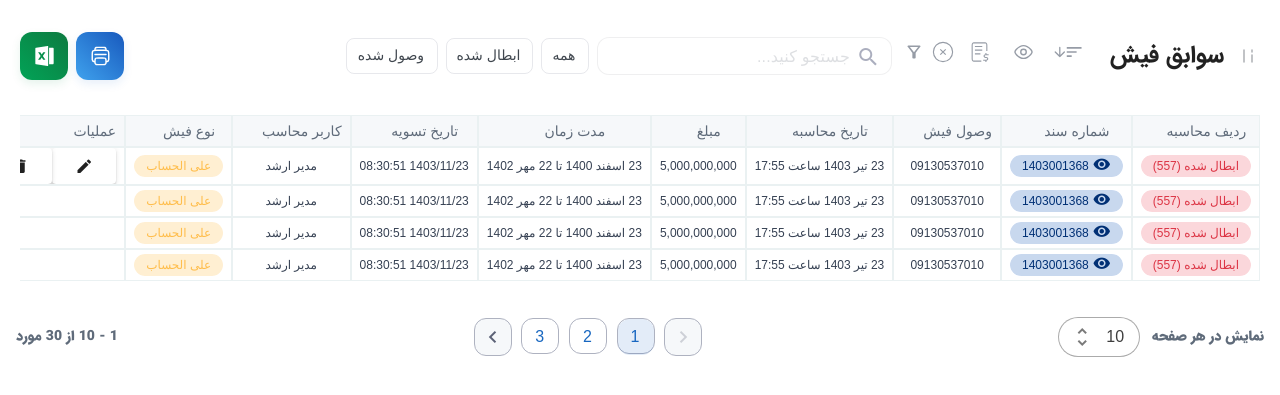
Repository: mobinazarein/data-table
Page: /
An editor plug-in stored every save of this project. The page is shown before and after the next save, followed by the edit.
The browser window is 1280 px wide. The pictures show the whole page.
Some web fonts or font styles are not loaded; a fallback is used. The project was rebuilt for these pictures with package versions that can differ from the ones it lists, and the page was loaded fresh each time. Also part of the build but not shown: vue.config.js.

Above is the page before, as saved 2025-03-26 11:36:46.

### public/index.html
<!DOCTYPE html>
<html lang="en" dir="rtl">
  <head>
    <meta charset="utf-8">
    <meta http-equiv="X-UA-Compatible" content="IE=edge">
    <meta name="viewport" content="width=device-width,initial-scale=1.0">
    <link rel="icon" href="<%= BASE_URL %>favicon.ico">
    <title><%= htmlWebpackPlugin.options.title %></title>
  </head>
  <body>
    <noscript>
      <strong>We're sorry but <%= htmlWebpackPlugin.options.title %> doesn't
        work properly without JavaScript enabled. Please enable it to
        continue.</strong>
    </noscript>
    <div id="app"></div>
    <!-- built files will be auto injected -->
  </body>
</html>

### src/assets/base.scss
// @import "./styles/fonts";

*,
*::before,
*::after {
  box-sizing: border-box;
  margin: 0;
  font-weight: normal;
  font-family: "IRANSans", sans-serif;
  letter-spacing: 0;
}

body {
  font-family: "IRANSans", sans-serif !important;
}
h1,
h2 {
  font-family: "IRANSans", sans-serif;
  font-weight: 700;
}
p {
  font-family: "IRANSans", sans-serif;
  font-weight: 400;
}
.v-field.v-field--center-affix.v-field--prepended.v-field--variant-outlined.v-theme--light.v-locale--is-rtl {
  border-radius: 12px !important;
}
.v-field__prepend-inner {
  color: #737993;
}

label.v-label.v-field-label {
  color: #c7cacf;
}

.v-field.v-field--center-affix.v-field--prepended.v-field--variant-outlined.v-theme--light.v-locale--is-rtl {
  color: #77787f4d;
}
/* .v-table__wrapper {
  overflow: hidden;
} */
.v-data-table thead {
  background-color: #f6f8fa !important;
  width: 138.41665649414062px;
  height: 32px !important;
}

.v-data-table thead th {
  height: 32px !important;
  color: #5f6b7a !important;
  font-weight: 700 !important;
  border: 1px solid #eaf1f2 !important;
  padding: 0 8px !important;
}

.v-data-table tbody tr td {
  height: 32px !important;
  color: #364153 !important;
  font-weight: 500 !important;
  border: 1px solid #eaf1f2 !important;
  white-space: nowrap !important;
  overflow: hidden !important;
  text-overflow: ellipsis !important;
  height: 32px !important;
  padding: 0 8px !important;
  font-size: 12px !important;
  padding: 0 8px !important;
  font-weight: 400 !important;
}

.v-data-table tbody tr {
  height: 32px !important;
}

td.v-data-table__td.v-data-table-column--align-center {
  font-size: 12px !important;
  height: 32px !important;
}

th {
  white-space: nowrap;
}

.custom-pagination .v-pagination__item {
  border-radius: 12px !important;
  min-width: 36px !important;
  height: 36px !important;
  font-size: 14px !important;
  color: #5b6176 !important;
  border: 1px solid #aeb2c0 !important;
}

.custom-pagination .v-pagination__item--active {
  border-radius: 12px !important;
  min-width: 36px !important;
  height: 36px !important;
  background-color: #b8dada !important;
  color: #148976 !important;
  border: 1px solid #148976 !important;
  font-weight: bold !important;
  box-shadow: none !important;
}
button.v-btn.v-btn--icon.v-theme--light.text-primary.v-btn--density-comfortable.v-btn--rounded.v-btn--size-default.v-btn--variant-text {
  border-radius: 12px !important;
}

.custom-pagination .v-pagination__prev,
.custom-pagination .v-pagination__next {
  border-radius: 12px !important;
  background-color: #f6f8fa !important;
  color: #5b6176 !important;
  border: 1px solid #aeb2c0 !important;
}
.mdi-chevron-right::before {
  color: #5b6176 !important;
}

.mdi-chevron-left::before {
  color: #5b6176 !important;
}

.custom-pagination .v-pagination__prev:hover,
.custom-pagination .v-pagination__next:hover,
.custom-pagination .v-pagination__prev:focus,
.custom-pagination .v-pagination__next:focus,
.custom-pagination .v-pagination__prev.v-pagination__item--active,
.custom-pagination .v-pagination__next.v-pagination__item--active {
  border: 1px solid #148976 !important;
  color: #148976 !important;
}

.custom-pagination .v-pagination__item--active,
.custom-pagination .v-pagination__item:focus {
  border-radius: 12px !important;
  min-width: 36px !important;
  height: 36px !important;
  background-color: #d8eef2 !important;
  color: #148976 !important;
  border: 1px solid #148976 !important;
  font-weight: bold !important;
}

.custom-pagination .v-pagination__item:hover {
  border: 1px solid #148976 !important;
  color: #148976 !important;
}

.custom-pagination .v-pagination__prev:hover,
.custom-pagination .v-pagination__next:hover {
  border: 1px solid #148976 !important;
  color: #148976 !important;
}

### src/components/DataTable.vue
<template>
  <v-container fluid>
    <!-- desktop -->
    <v-row class="align-center py-3 px-1 d-none d-md-flex" no-gutters>
      <v-col cols="12" md="10" class="d-flex align-center  justify-start">
        <div class="d-flex align-center gap-24 justify-start">
          <div class="d-flex align-center text-nowrap">
            <component :is="iconComponent" />
            <h2 class="mr-3 ml-5 text-nowrap " style="white-space: nowrap;">{{ title }}</h2>
          </div>
          <!-- icons beside title -->
          <div v-for="(icon, index) in iconList" :key="index">
            <component v-if="icon" :is="icon" class="mx-1" />
          </div>
          <v-text-field v-if="showSearchBtn" variant="outlined" density="compact" hide-details
            class="custom-text-field mx-2" label="جستجو کنید..." prepend-inner-icon="mdi-magnify" width="295.6875px" />
          <!-- filter btn -->
          <v-btn v-for="(button, index) in buttons" :key="index" variant="outlined" color="gray"
            class="ml-2 rounded-lg filter-btn"
            :style="{ maxWidth: button.width + 'px', minWidth: button.width + 'px', fontSize: button.fontSize, borderRadius: button.borderRadius }">
            {{ button.label }}
          </v-btn>
        </div>
      </v-col>
      <v-col cols="auto" md="2" class="d-flex align-center justify-end" v-if="props.showExportButtons">
        <v-btn icon variant="flat" class="ml-2 printer-btn">
          <PrinterIcon />
        </v-btn>
        <v-btn icon variant="flat" class="excel-btn">
          <ExcelIcon />
        </v-btn>
      </v-col>
    </v-row>
    <!-- mobile-->
    <v-row class="align-center d-flex d-md-none flex-no-wrap justify-between ">
      <v-col cols="12" class="d-flex align-center flex-no-wrap">
        <v-row no-gutters>
          <v-col cols="12">
            <div class="d-flex justify-space-between gap-8">
              <h2 class="text-nowrap " style="font-size: 20px; font-weight: 700;">{{ title }}</h2>
              <div class="d-flex">
                <!-- filter brn -->
                <v-btn v-for="(button, index) in mobileFilterButtons" :key="index" variant="outlined" color="gray"
                  class="ml-1 rounded-lg filter-btn"
                  :style="{ maxWidth: button.width + 'px', minWidth: button.width + 'px', fontSize: '12px', borderRadius: button.borderRadius + 'px' + ' !important' }">
                  {{ button.label }}
                </v-btn>
              </div>
            </div>
          </v-col>
        </v-row>
      </v-col>
      <v-col cols="12" class="d-flex justify-center">
        <div class="d-flex flex-column ">
          <div class="gap-8 d-flex justify-space-between flex-wrap">
            <!-- icons top of search btn -->
            <div v-for="(icon, index) in mobileIconList" :key="index" class="d-flex align-center justify-space-between">
              <component v-if="icon" :is="icon" iconColor="#767E8A" class="mx-1 ml-3 mb-3" />
            </div>
          </div>
          <v-text-field width="341px" variant="outlined" hide-details class="mx-2" label="جستجو کنید..."
            prepend-inner-icon="mdi-magnify" v-if="showSearchBtn" />
        </div>
      </v-col>
    </v-row>
    <v-row no-gutters class="px-1">
      <v-col cols="12" md="12" class="mt-5">
        <v-data-table :headers="headers" :items="items" :items-per-page="props.itemsPerPage" hide-default-footer>
          <template v-for="column in props.customStyles" #[`item.${column.key}`]="{ item }" :key="column.key">
            <v-chip
              :style="{ backgroundColor: column.bgColor, color: column.textColor, height: '22px', fontSize: '12px', cursor: column.icon ? 'pointer' : 'default' }"
              class="font-weight-bold">
              <v-icon v-if="column.icon" :color="column.iconColor" :size="column.iconSize" class="ml-1 mb-1">
                {{ column.icon }}
              </v-icon>
              {{ item[column.key] }}
            </v-chip>
          </template>
          <template #item.actions="{ item }">
            <div class="d-flex align-center">
              <v-btn v-for="(action, index) in item.actions" :key="index" @click="action.method(item)">
                <v-icon :icon="action.icon" />
              </v-btn>
            </div>
          </template>
        </v-data-table>
      </v-col>
    </v-row>
    <v-row class="justify-space-between d-md-none align-center px-1 mt-8 ">
      <div class="d-flex align-center ">
        <p class="footer-text">نمایش در هر صفحه</p>
        <v-select v-model="itemsPerPage" :items="[10, 20, 50]" density="compact" variant="outlined" rounded="pill"
          class="custom-select mr-3" hide-details menu-icon="mdi-unfold-more-horizontal"></v-select>
      </div>
      <div class="footer-middle">
        <span class="footer-text"> {{ startIndex }} - {{ endIndex }} از {{ totalItems }} مورد </span>
      </div>
      <div class="mt-5" style="margin-left: auto; margin-right: auto;">
        <v-pagination v-model="page" :length="totalPages" total-visible="5" rounded density="comfortable"
          color="primary" class="custom-pagination"></v-pagination>
      </div>
    </v-row>
    <v-row class="justify-space-between d-none d-md-flex align-center px-3 mt-8">
      <div class="d-flex align-center ">
        <p class="footer-text">نمایش در هر صفحه</p>
        <v-select v-model="itemsPerPage" :items="[10, 20, 50]" density="compact" variant="outlined" rounded="pill"
          class="custom-select mr-3" hide-details menu-icon="mdi-unfold-more-horizontal"></v-select>
      </div>
      <div class="footer-right">
        <v-pagination v-model="page" :length="totalPages" total-visible="5" rounded density="comfortable"
          color="primary" class="custom-pagination"></v-pagination>
      </div>
      <div class="footer-middle">
        <span class="footer-text"> {{ startIndex }} - {{ endIndex }} از {{ totalItems }} مورد </span>
      </div>
    </v-row>
  </v-container>
</template>
<script setup>
import PrinterIcon from '@/assets/Icons/PrinterIcon.vue';
import ExcelIcon from '@/assets/Icons/ExcelIcon.vue';
import { ref, computed } from 'vue';
import { defineProps } from 'vue';
const props = defineProps({
  itemsPerPage: {
    type: Number,
    default: 10,
  },
  showExportButtons: {
    type: Boolean,
    default: true,
  },
  showSearchBtn: {
    type: Boolean,
    default: true
  },
  customStyles: { type: Array, default: () => [] },
  customIcon: { type: Array, default: () => [] },
  headers: { type: Array, required: true },
  items: { type: Array, required: true },
  title: {
    type: String,
    required: true
  },
  iconComponent: {
    type: [String, Object],
    required: true
  },
  iconList: {
    type: Array,
    required: true
  },
  mobileIconList: {
    type: Array,
    required: true
  },
  buttons: {
    type: Array,
    required: true,
    default: () => []
  },
  mobileFilterButtons: {
    type: Array,
    default: () => []
  }
});
const page = ref(1);
const totalItems = ref(30);
const itemsPerPage = ref(props.itemsPerPage);
const totalPages = computed(() => Math.ceil(totalItems.value / itemsPerPage.value));
const startIndex = computed(() => (page.value - 1) * itemsPerPage.value + 1);
const endIndex = computed(() => Math.min(page.value * itemsPerPage.value, totalItems.value));
</script>
<style scoped>
.custom-text-field :deep(.v-input__control) {
  height: 38px;
}

.excel-btn {
  background: linear-gradient(45deg, #02A357, #0D7A40) !important;
  color: white !important;
  border-radius: 12px !important;
  box-shadow: 0px 4px 10px #0A88481A !important;
  width: 48px !important;
  height: 48px !important;
}

.printer-btn {
  border-radius: 12px !important;
  box-shadow: 0px 4px 10px #216BCA1A !important;
  background: linear-gradient(45deg, #3FA2ED, #1859BD) !important;
  color: white !important;
  width: 48px !important;
  height: 48px !important;
}

.filter-btn:hover,
.filter-btn:focus,
.filter-btn.v-btn--active {
  background-color: #B8DADA !important;
  color: #148976 !important;
  border-color: #148976 !important;
}

.filter-btn {
  border-color: #AEB2C04D !important;
  color: #40474F !important;
  line-height: 180% !important;
  padding: 0px 12px !important;
}

.footer-text {
  color: #5F6B7A;
  font-size: 14px;
  font-weight: 500;
}

.custom-select {
  max-width: 90px;
}

.custom-pagination {
  --v-pagination-height: 40px;
}

.footer-middle {
  font-size: 14px;
  color: #5F6B7A;
  font-weight: 500;
}
</style>

### src/assets/Icons/PauseIcon.vue
<template>
    <svg width="24" height="24" viewBox="0 0 24 24" fill="none" xmlns="http://www.w3.org/2000/svg">
        <path d="M8 6V18M16 6V8M16 18V11" stroke="#ADB0B4" stroke-width="1.5" stroke-linecap="round"
            stroke-linejoin="round" />
    </svg>
</template>

### src/assets/Icons/PaginationIcon.vue
<template>
    <svg width="36" height="48" viewBox="0 0 36 48" fill="none" xmlns="http://www.w3.org/2000/svg">
<path d="M9.79481 19.4529V28.5469M9.79481 28.5469L14.3418 23.9999M9.79481 28.5469L5.2478 23.9999" stroke="#969CA6" stroke-width="1.29915" stroke-linecap="round" stroke-linejoin="round"/>
<path d="M16.7693 28.9231H21.6924V27.282H16.7693V28.9231ZM16.7693 19.0769V20.7179H31.5385V19.0769H16.7693ZM16.7693 24.8205H26.6154V23.1795H16.7693V24.8205Z" fill="#969CA6"/>
</svg>
</template>

### src/assets/Icons/EyeIcon.vue
<template>
    <svg width="37" height="48" viewBox="0 0 37 48" fill="none" xmlns="http://www.w3.org/2000/svg">
<path d="M18.5 17.5833C21.4713 17.5833 24.0781 19.7396 25.7446 21.5522C26.4843 22.3568 26.8542 22.7591 26.979 23.5925C27.0096 23.7966 27.0096 24.2033 26.979 24.4073C26.8542 25.2407 26.4843 25.643 25.7446 26.4477C24.0781 28.2603 21.4713 30.4166 18.5 30.4166C15.5288 30.4166 12.922 28.2603 11.2555 26.4477C10.5158 25.643 10.1459 25.2407 10.0211 24.4073C9.99049 24.2033 9.99049 23.7966 10.0211 23.5925C10.1459 22.7591 10.5158 22.3568 11.2555 21.5522C12.922 19.7396 15.5288 17.5833 18.5 17.5833Z" stroke="#969CA6" stroke-width="1.375" stroke-linejoin="round"/>
<path d="M21.25 24C21.25 25.5188 20.0188 26.75 18.5 26.75C16.9812 26.75 15.75 25.5188 15.75 24C15.75 22.4812 16.9812 21.25 18.5 21.25C20.0188 21.25 21.25 22.4812 21.25 24Z" stroke="#969CA6" stroke-width="1.375" stroke-linejoin="round"/>
</svg>
</template>

### src/assets/Icons/InvoiceIcon.vue
<template>
    <svg width="35" height="48" viewBox="0 0 35 48" fill="none" xmlns="http://www.w3.org/2000/svg">
<path d="M26.6666 26.1999H23.9166V27.2999H26.6666V26.1999ZM23.9166 26.1999H23.4583V27.2999H23.9166V26.1999ZM23.4583 30.0499H24.375V28.9499H23.4583V30.0499ZM24.375 31.6999H23.9166V32.7999H24.375V31.6999ZM23.9166 31.6999H21.1666V32.7999H23.9166V31.6999ZM25.2 30.8749C25.2 31.3306 24.8306 31.6999 24.375 31.6999V32.7999C25.4381 32.7999 26.3 31.9381 26.3 30.8749H25.2ZM24.375 30.0499C24.8306 30.0499 25.2 30.4193 25.2 30.8749H26.3C26.3 29.8118 25.4381 28.9499 24.375 28.9499V30.0499ZM21.5333 28.1249C21.5333 29.1881 22.3951 30.0499 23.4583 30.0499V28.9499C23.0027 28.9499 22.6333 28.5806 22.6333 28.1249H21.5333ZM23.4583 26.1999C22.3951 26.1999 21.5333 27.0618 21.5333 28.1249H22.6333C22.6333 27.6693 23.0027 27.2999 23.4583 27.2999V26.1999ZM24.4666 26.7499V24.9166H23.3666V26.7499H24.4666ZM23.3666 32.2499V34.0833H24.4666V32.2499H23.3666ZM13.8333 15.3833H21.1666V14.2833H13.8333V15.3833ZM19.3333 32.6166H13.8333V33.7166H19.3333V32.6166ZM10.7166 29.4999V18.4999H9.61663V29.4999H10.7166ZM13.8333 32.6166C12.9535 32.6166 12.349 32.6154 11.8949 32.5544C11.4567 32.4954 11.2418 32.39 11.0925 32.2407L10.3147 33.0185C10.7024 33.4062 11.1881 33.5692 11.7483 33.6446C12.2928 33.7178 12.9846 33.7166 13.8333 33.7166V32.6166ZM9.61663 29.4999C9.61663 30.3486 9.61546 31.0405 9.68865 31.5849C9.76397 32.1451 9.92698 32.6308 10.3147 33.0185L11.0925 32.2407C10.9432 32.0914 10.8378 31.8766 10.7788 31.4383C10.7178 30.9842 10.7166 30.3797 10.7166 29.4999H9.61663ZM21.1666 15.3833C22.0464 15.3833 22.6509 15.3844 23.105 15.4455C23.5433 15.5044 23.7582 15.6099 23.9074 15.7591L24.6852 14.9813C24.2975 14.5936 23.8118 14.4306 23.2516 14.3553C22.7072 14.2821 22.0153 14.2833 21.1666 14.2833V15.3833ZM25.3833 18.4999C25.3833 17.6512 25.3845 16.9594 25.3113 16.415C25.2359 15.8547 25.0729 15.369 24.6852 14.9813L23.9074 15.7591C24.0567 15.9084 24.1622 16.1233 24.2211 16.5615C24.2821 17.0156 24.2833 17.6201 24.2833 18.4999H25.3833ZM13.8333 14.2833C12.9846 14.2833 12.2928 14.2821 11.7483 14.3553C11.1881 14.4306 10.7024 14.5936 10.3147 14.9813L11.0925 15.7591C11.2418 15.6099 11.4567 15.5044 11.8949 15.4455C12.349 15.3844 12.9535 15.3833 13.8333 15.3833V14.2833ZM10.7166 18.4999C10.7166 17.6201 10.7178 17.0156 10.7788 16.5615C10.8378 16.1233 10.9432 15.9084 11.0925 15.7591L10.3147 14.9813C9.92698 15.369 9.76397 15.8547 9.68865 16.415C9.61546 16.9594 9.61663 17.6512 9.61663 18.4999H10.7166ZM24.2833 18.4999V23.0833H25.3833V18.4999H24.2833ZM12.9166 19.0499H20.25V17.9499H12.9166V19.0499ZM12.9166 22.7166H20.25V21.6166H12.9166V22.7166ZM12.9166 26.3833H18.4166V25.2833H12.9166V26.3833Z" fill="#969CA6"/>
</svg>
</template>

### src/assets/Icons/CircleCross.vue
<template>
    <svg width="22" height="22" viewBox="0 0 21 20" fill="none" xmlns="http://www.w3.org/2000/svg">
        <path
            d="M7.90736 7.40719L13.0928 12.5926M13.0927 7.40719L7.90726 12.5926M19.6667 9.99992C19.6667 15.0625 15.5627 19.1666 10.5 19.1666C5.43743 19.1666 1.33337 15.0625 1.33337 9.99992C1.33337 4.93731 5.43743 0.833252 10.5 0.833252C15.5627 0.833252 19.6667 4.93731 19.6667 9.99992Z"
            stroke="#969CA6" stroke-width="1.1" />
    </svg>
</template>

### src/assets/Icons/FilterIcon.vue
<template>
    <svg width="20" height="20" viewBox="0 0 20 20" fill="none" xmlns="http://www.w3.org/2000/svg">
<path d="M5.90159 5.07682H14.1067L9.99595 10.246L5.90159 5.07682ZM3.64518 4.75682C5.30262 6.88194 8.36313 10.8204 8.36313 10.8204V15.7435C8.36313 16.1948 8.73236 16.564 9.18364 16.564H10.8247C11.276 16.564 11.6452 16.1948 11.6452 15.7435V10.8204C11.6452 10.8204 14.6975 6.88194 16.3549 4.75682C16.7734 4.21528 16.3877 3.43579 15.7067 3.43579H4.29339C3.61236 3.43579 3.22672 4.21528 3.64518 4.75682Z" fill="#969CA6"/>
</svg>
</template>

### src/assets/Icons/PrinterIcon.vue
<template>
    <svg
      width="23"
      height="24"
      viewBox="0 0 23 24"
      fill="none"
      xmlns="http://www.w3.org/2000/svg"
      :style="{ color: iconColor }"
    >
      <path
        d="M6 10.5641H17M6 17.7447V17.7447C5.66891 17.7447 5.50337 17.7447 5.36418 17.7283C4.26359 17.599 3.39569 16.7311 3.26636 15.6305C3.25 15.4913 3.25 15.3257 3.25 14.9947V10.5641C3.25 8.76909 3.25 7.87158 3.70712 7.24241C3.85475 7.03921 4.03345 6.86052 4.23664 6.71289C4.86582 6.25577 5.76332 6.25577 7.55833 6.25577H15.4417C17.2367 6.25577 18.1342 6.25577 18.7634 6.71289C18.9666 6.86052 19.1452 7.03921 19.2929 7.24241C19.75 7.87158 19.75 8.76909 19.75 10.5641V14.9947C19.75 15.3257 19.75 15.4913 19.7336 15.6305C19.6043 16.7311 18.7364 17.599 17.6358 17.7283C17.4966 17.7447 17.3311 17.7447 17 17.7447V17.7447M6 17.7447V17.7447C6 18.6368 6 19.0829 6.14576 19.4348C6.3401 19.904 6.71286 20.2768 7.18205 20.4711C7.53393 20.6169 7.98003 20.6169 8.87222 20.6169H14.1278C15.02 20.6169 15.4661 20.6169 15.818 20.4711C16.2871 20.2768 16.6599 19.904 16.8542 19.4348C17 19.0829 17 18.6368 17 17.7447V17.7447M6 17.7447V17.3617C6 15.9257 6 15.2077 6.3657 14.7043C6.4838 14.5418 6.62676 14.3988 6.78931 14.2807C7.29265 13.915 8.01066 13.915 9.44667 13.915H13.5533C14.9893 13.915 15.7073 13.915 16.2107 14.2807C16.3732 14.3988 16.5162 14.5418 16.6343 14.7043C17 15.2077 17 15.9257 17 17.3617V17.7447M17 6.25577V6.25577C17 5.36358 17 4.91748 16.8542 4.56559C16.6599 4.09641 16.2871 3.72364 15.818 3.5293C15.4661 3.38354 15.02 3.38354 14.1278 3.38354H8.87222C7.98003 3.38354 7.53393 3.38354 7.18205 3.5293C6.71286 3.72364 6.3401 4.09641 6.14576 4.56559C6 4.91748 6 5.36358 6 6.25577V6.25577H17Z"
        stroke="currentColor"
        stroke-width="1.43611"
        stroke-linecap="round"
        stroke-linejoin="round"
      />
    </svg>
  </template>

  <script setup>
  import { defineProps } from 'vue';

  defineProps({
    iconColor: {
      type: String,
      default: 'white',
    },
  });
  </script>

### src/assets/Icons/ExcelIcon.vue
<template>
    <svg
      width="23"
      height="22"
      viewBox="0 0 23 22"
      fill="none"
      xmlns="http://www.w3.org/2000/svg"
      :style="{ color: iconColor }"
    >
      <g clip-path="url(#clip0_397_6997)">
        <path
          d="M3.12085 2.63712L14.6434 0.991705C14.7084 0.982376 14.7747 0.987136 14.8377 1.00566C14.9007 1.02419 14.959 1.05604 15.0087 1.09908C15.0583 1.14211 15.0981 1.19531 15.1254 1.25507C15.1527 1.31483 15.1668 1.37976 15.1668 1.44546V20.5543C15.1668 20.6199 15.1527 20.6847 15.1254 20.7444C15.0982 20.8041 15.0585 20.8573 15.009 20.9003C14.9594 20.9433 14.9012 20.9752 14.8383 20.9938C14.7754 21.0124 14.7092 21.0172 14.6443 21.008L3.11994 19.3626C2.90142 19.3315 2.70147 19.2226 2.55682 19.0559C2.41216 18.8892 2.33252 18.6758 2.33252 18.4551V3.54462C2.33252 3.3239 2.41216 3.11059 2.55682 2.94388C2.70147 2.77716 2.90234 2.66824 3.12085 2.63712ZM16.0834 2.74987H19.7501C19.9932 2.74987 20.2264 2.84645 20.3983 3.01836C20.5702 3.19027 20.6668 3.42342 20.6668 3.66654V18.3332C20.6668 18.5763 20.5702 18.8095 20.3983 18.9814C20.2264 19.1533 19.9932 19.2499 19.7501 19.2499H16.0834V2.74987ZM9.8501 10.9999L12.4168 7.33321H10.2168L8.7501 9.42871L7.28344 7.33321H5.08344L7.6501 10.9999L5.08344 14.6665H7.28344L8.7501 12.571L10.2168 14.6665H12.4168L9.8501 10.9999Z"
          fill="currentColor"
        />
      </g>
      <defs>
        <clipPath id="clip0_397_6997">
          <rect width="22" height="22" fill="white" transform="translate(0.5)" />
        </clipPath>
      </defs>
    </svg>
  </template>

  <script setup>
  import { defineProps } from 'vue';

  defineProps({
    iconColor: {
      type: String,
      default: 'white',
    },
  });
  </script>

### src/assets/styles/_fonts.scss
@font-face {
  font-family: "IRANSans";
  src: url("/public/fonts/IRANSans.woff2") format("woff2");
  font-weight: 400;
  font-style: normal;
  font-display: swap;
}

@font-face {
  font-family: "IRANSans";
  src: url("/public/fonts/IRANSans_Black.woff2") format("woff2");
  font-weight: 500;
  font-style: normal;
  font-display: swap;
}

@font-face {
  font-family: "IRANSans";
  src: url("/public/fonts/IRANSans_Bold.woff2") format("woff2");
  font-weight: 800;
  font-style: normal;
  font-display: swap;
}

Loaded but not shown: src/plugins/vuetify.js (17 lines, source omitted); src/main.js (9 lines, source omitted); src/App.vue (115 lines, source omitted)

After the next save:
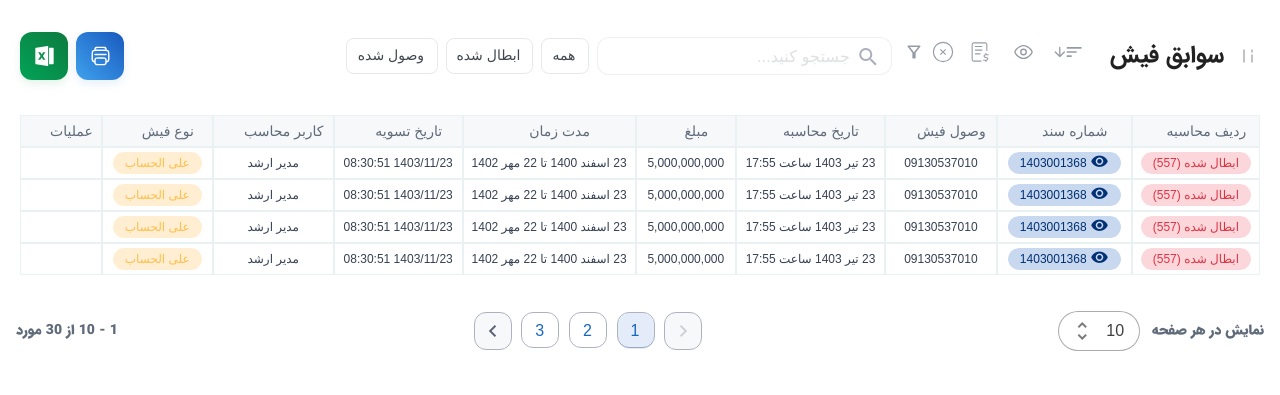
Saved 2 min 5 s later.
--- a/src/components/DataTable.vue
+++ b/src/components/DataTable.vue
@@ -78,8 +78,8 @@
           </template>
           <template #item.actions="{ item }">
             <div class="d-flex align-center">
-              <v-btn v-for="(action, index) in item.actions" :key="index" @click="action.method(item)">
-                <v-icon :icon="action.icon" />
+              <v-btn v-for="(action, index) in actions" :key="index" @click="action.method(item)">
+                <v-icon>{{ action.icon }}</v-icon>
               </v-btn>
             </div>
           </template>
